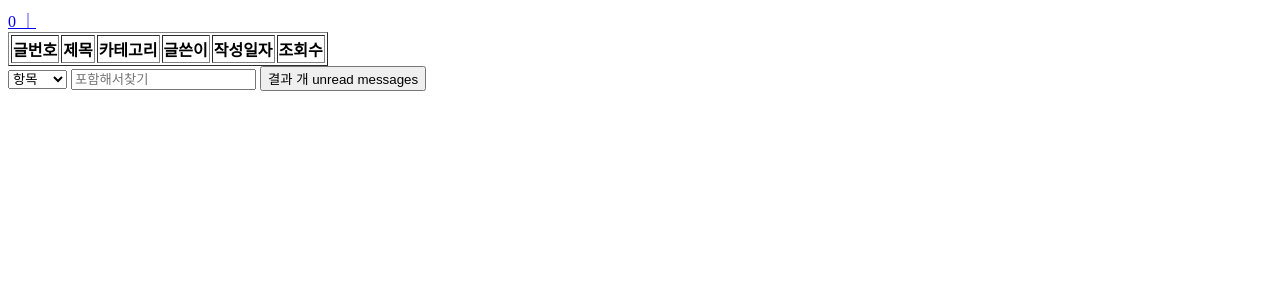
Repository: leehyeonung/project4
Page: http://localhost/book/WEB-INF/views/board/list.jsp
An editor plug-in stored every save of this project. The page is shown before and after the next save, followed by the edit.
The browser window is 1280 px wide. The pictures show the whole page.
The page is served by Tomcat 9. Nobody is signed in. The template is opened directly, without the code that normally fills it, so the values that code supplies are empty.

Above is the page before, as saved 2023-01-04 03:01:12.

After the next save:
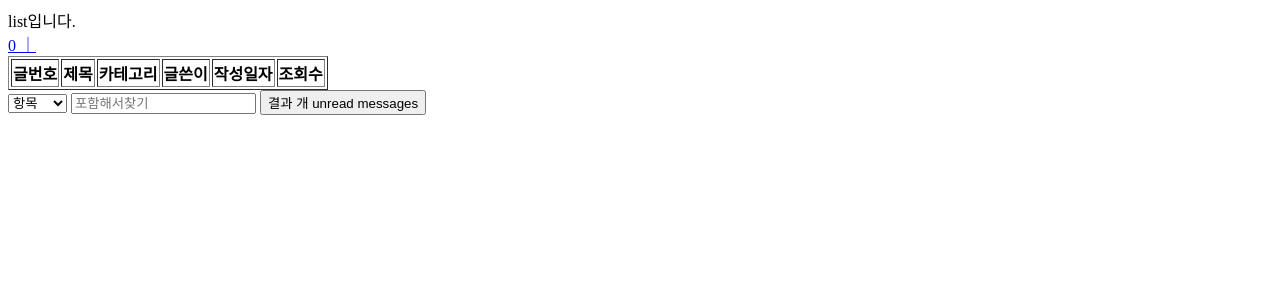
Saved 109 s later.
--- a/book/src/main/webapp/WEB-INF/views/board/list.jsp
+++ b/book/src/main/webapp/WEB-INF/views/board/list.jsp
@@ -9,6 +9,7 @@
 <title>Insert title here</title>
 </head>
 <body>
+list입니다.
 ${ses.mem_id}
 	<table border="1">
 			<tr>
